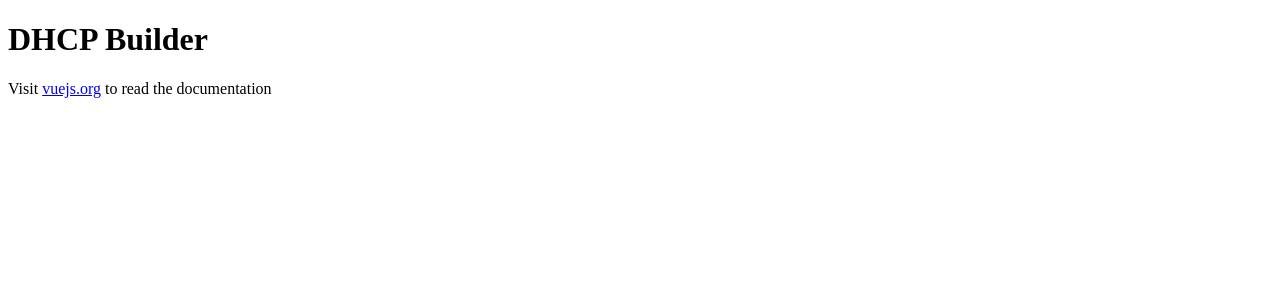
Repository: theglossy1/dhcp-builder
Page: /
These files come from the project's save history. The page is drawn as it stood at one moment and after the next save; the edit follows.
The browser window is 1280 px wide. The pictures show the whole page.
The project was rebuilt for these pictures with package versions that can differ from the ones it lists, and the page was loaded fresh each time. Also part of the build but not shown: vite.config.js.

Above is the page before, as saved 2025-07-30 19:34:42.

### src/App.vue
<script setup>
const types = {
  "3": {
    "name": "router",
    "type": "ip_address",
    "array": true
  },
  "6": {
    "name": "DNS Servers",
    "type": "ip_address",
    "array": true
  },
  "15": {
    "name": "DNS Domain Name",
    "type": "string",
  },
  "42": {
    "name": "NTP Servers",
    "type": "ip_address",
    "array": true
  },
  "43": {
    "name": "Vendor-Specific Info",
    "type": "custom",
    "array": true,
    "fields": {
      "code": "number",
      "payload": "hex/ascii"
    }
  },
  "66": {
    "name": "TFTP Server",
    "type": "string"
  }
}
</script>

<template>
  <h1>DHCP Builder</h1>
  <p>
    Visit <a href="https://vuejs.org/" target="_blank" rel="noopener">vuejs.org</a> to read the
    documentation
  </p>
</template>

<style scoped></style>

Loaded but not shown: index.html (common file); src/main.js (common file)

After the next save:
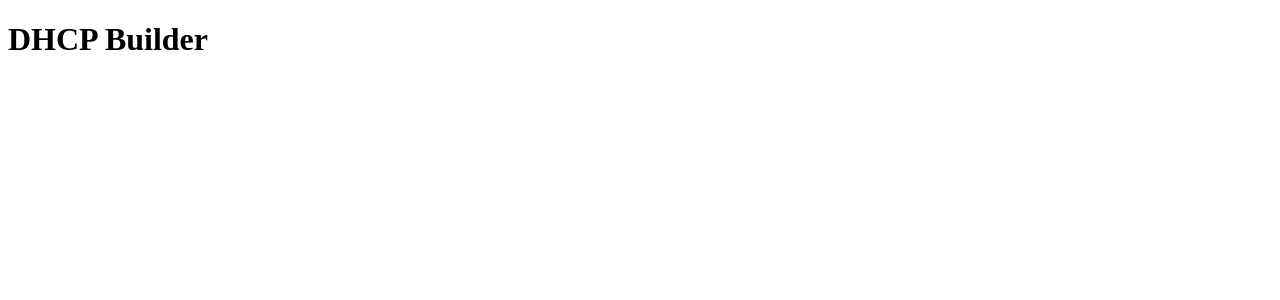
Saved 55 s later.
--- a/src/App.vue
+++ b/src/App.vue
@@ -38,8 +38,7 @@ const types = {
 <template>
   <h1>DHCP Builder</h1>
   <p>
-    Visit <a href="https://vuejs.org/" target="_blank" rel="noopener">vuejs.org</a> to read the
-    documentation
+
   </p>
 </template>
 
